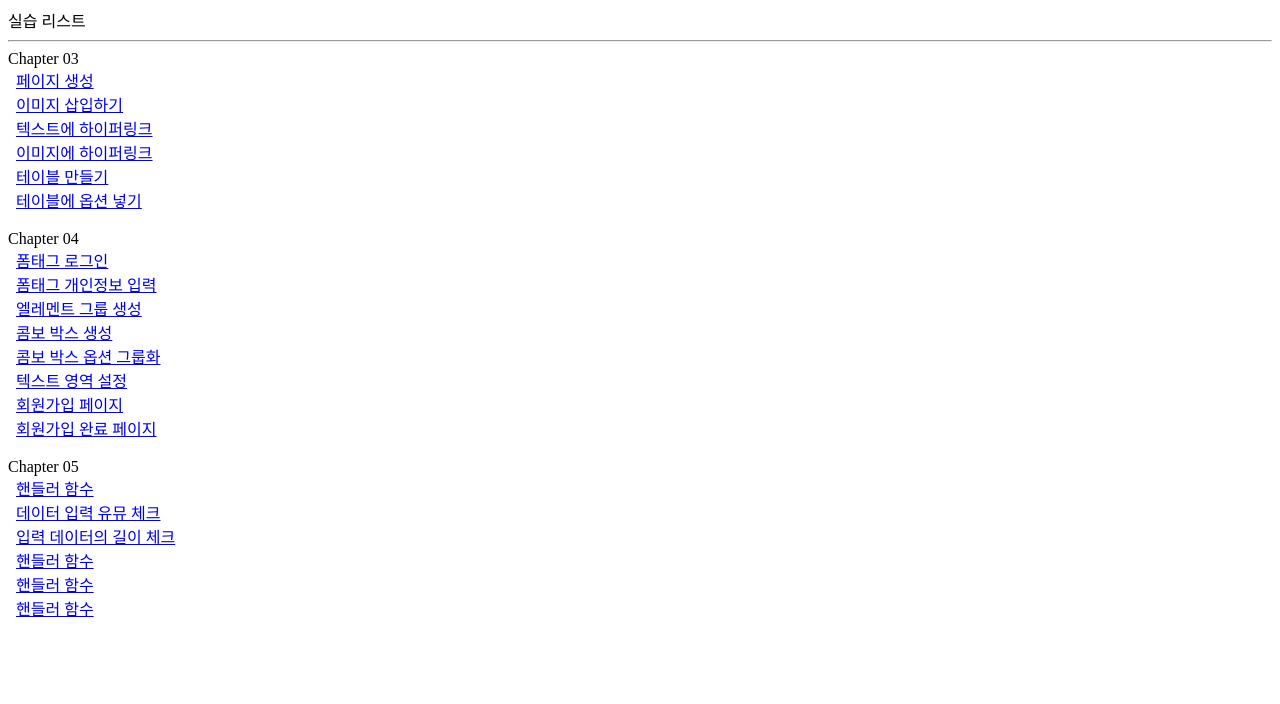
Repository: dhc518/WebProgramming_2023
Page: http://localhost/JSPStudy/List.jsp
The author's editor kept a copy of each file at every save. The page is drawn from the files as they stood at one save, then again after the next save.
The browser window is 1280 px wide. The pictures show the whole page.
The page is served by Tomcat 9.

Above is the page before, as saved 2023-03-31 05:38:35.

After the next save:
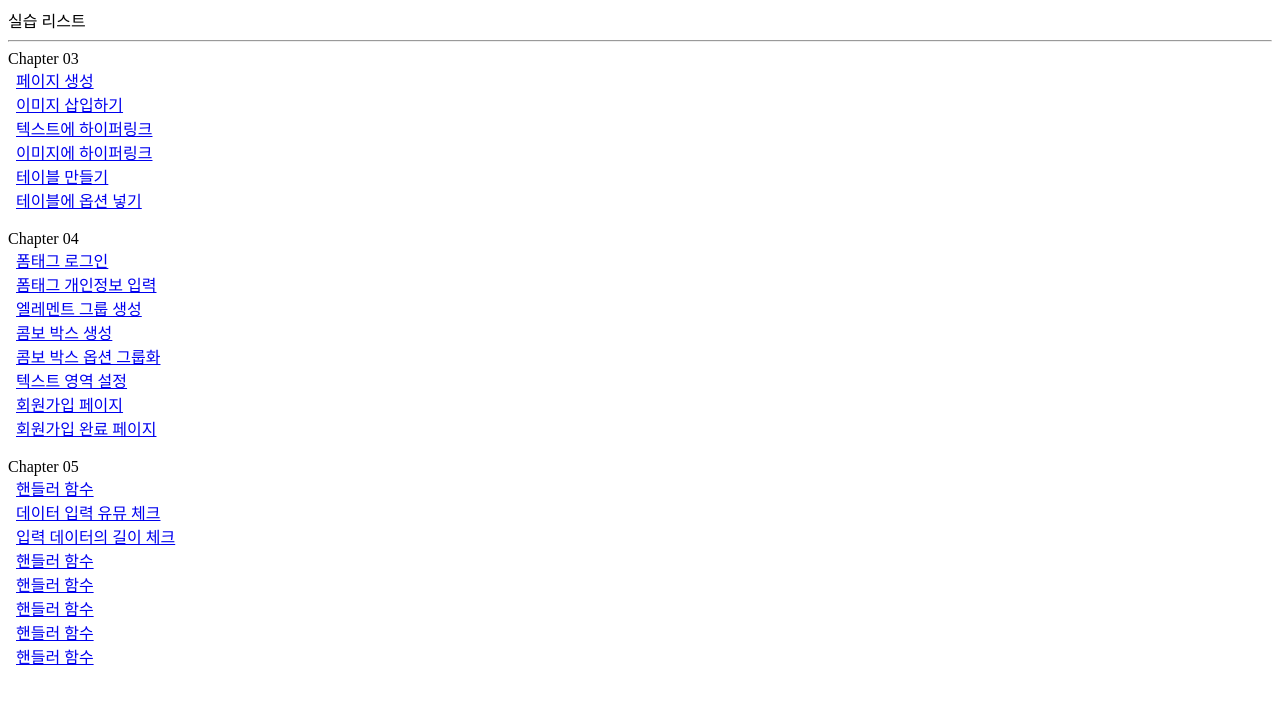
Saved 83 s later.
--- a/Project/JSPStudy/src/main/webapp/List.jsp
+++ b/Project/JSPStudy/src/main/webapp/List.jsp
@@ -54,5 +54,9 @@
 		핸들러 함수</a>
 		<br>&nbsp;	<a href="ch05/isNaNcheck_success.jsp" target="_blank">
 		핸들러 함수</a>
+		<br>&nbsp;	<a href="ch05/regularExpression.jsp" target="_blank">
+		핸들러 함수</a>
+		<br>&nbsp;	<a href="ch05/regularExpression_success.jsp" target="_blank">
+		핸들러 함수</a>
 </body>
 </html>
